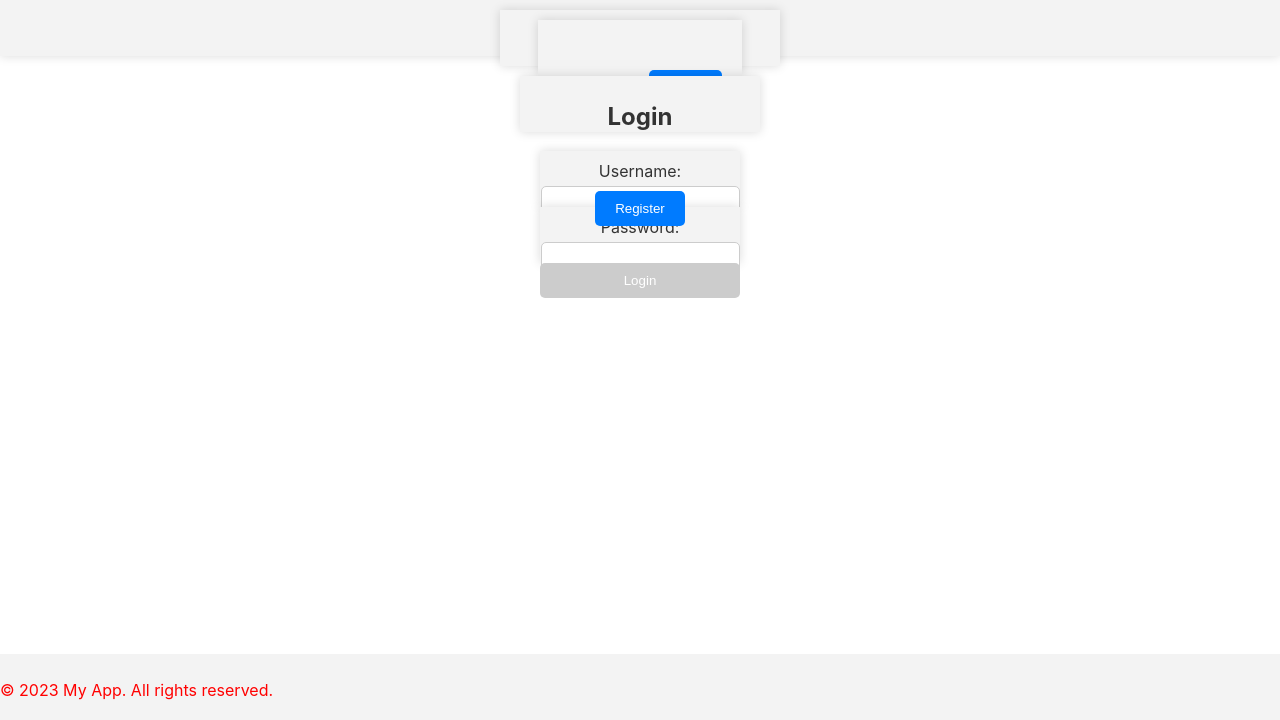
Repository: iMlearnDinG/react-app-v2
Page: /login
The author's editor kept a copy of each file at every save. The page is drawn from the files as they stood at one save, then again after the next save.
The browser window is 1280 px wide. The pictures show the whole page.
The page's requests for data from a server got no answer. The project was rebuilt for these pictures with package versions that can differ from the ones it lists, and the page was loaded fresh each time. No one was signed in, and anything a server would have sent is missing. Also part of the build but not shown: src/components/Register.js, src/components/Lobby.js, src/components/Game.js, src/components/Menu.js.

Above is the page before, as saved 2023-07-19 02:05:50.

After the next save:
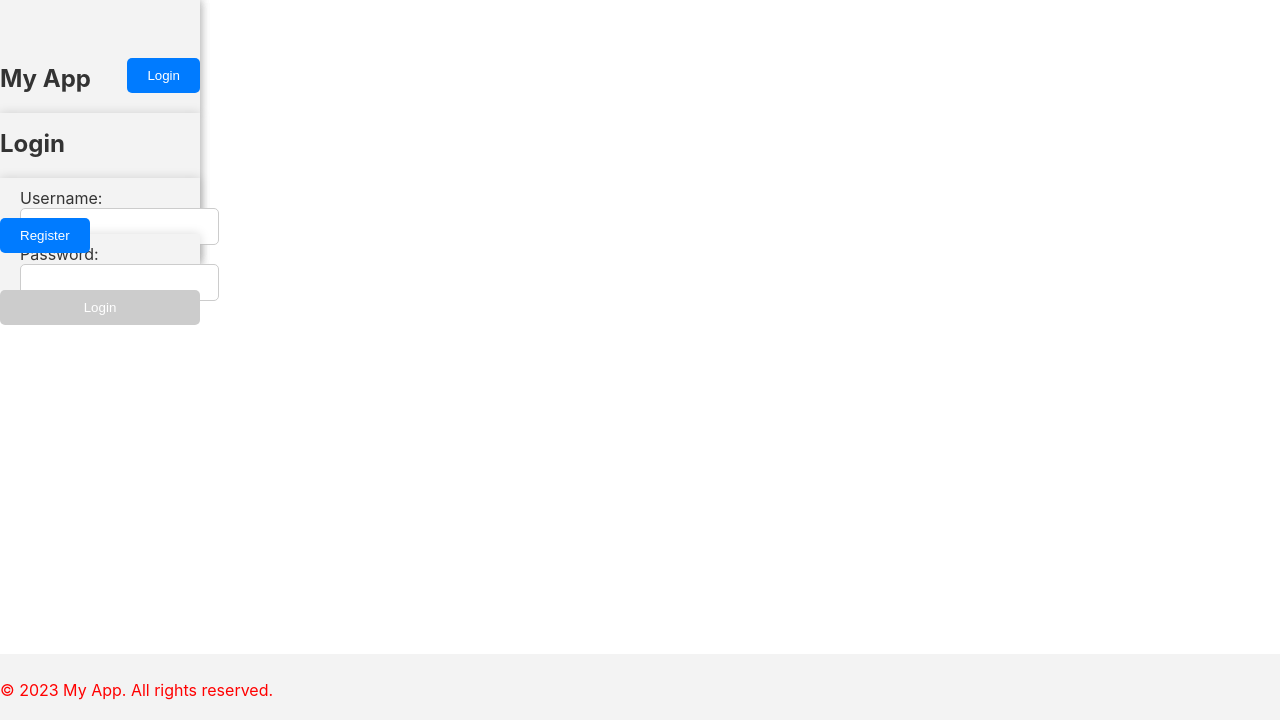
Saved 2 min 32 s later.
--- a/src/css/navbar.css
+++ b/src/css/navbar.css
@@ -2,6 +2,7 @@ div {
     display: flex;
     justify-content: space-between;
     align-items: center;
+    display: table-row;
     padding: 10px 20px;
     background-color: #F3F3F3;
     box-shadow: 0px 0px 10px 0px rgba(0,0,0,0.15);
@@ -15,7 +16,7 @@ div {
   }
 
   header {
-    margin-top: 30px;
+    margin-top: 3rem;
   }
 
   h1 {
